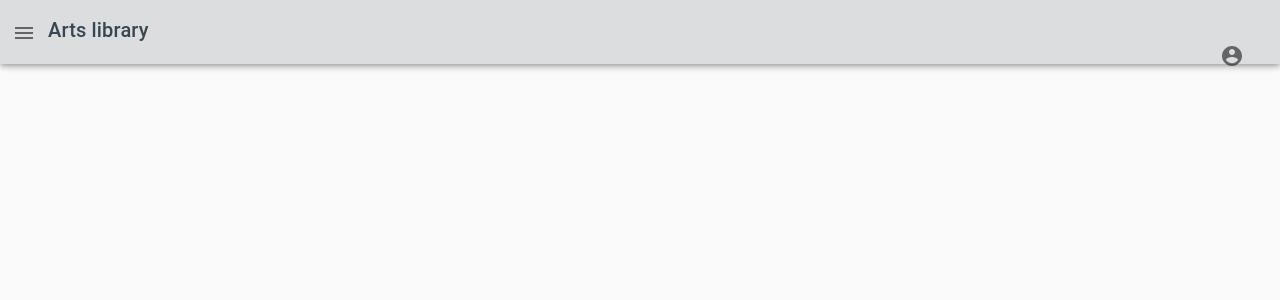
Repository: milosKomiRajkovic94/library-of-known-art
Page: /
The author's editor kept a copy of each file at every save. The page is drawn from the files as they stood at one save, then again after the next save.
The browser window is 1280 px wide. The pictures show the whole page.
The project was rebuilt for these pictures with package versions that can differ from the ones it lists, and the page was loaded fresh each time.

Above is the page before, as saved 2020-03-05 11:24:52.

### src/index.js
import React from 'react';
import ReactDOM from 'react-dom';
import './scss/index.scss';
import App from './App';
import * as serviceWorker from './serviceWorker';
import { Provider } from 'react-redux';
import configureStore from './store';

const store = configureStore();

ReactDOM.render(
    <Provider
        store={store}
    >
        <App />
    </Provider>,
document.getElementById('root'));

// If you want your app to work offline and load faster, you can change
// unregister() to register() below. Note this comes with some pitfalls.
// Learn more about service workers: https://bit.ly/CRA-PWA
serviceWorker.unregister();

### src/scss/index.scss
@font-face{
    font-family: SourceSansPro-Regular;
    src: url('./SourceSansPro-Regular.otf') format('opentype')
}

html{
    height: 100%;
}

body{
    font-family: SourceSansPro-Regular;
    margin: 0px;
    height: 100%;
}

#root{
    height: 100%;
    width: 100%;
}

@import 'header';

### src/App.js
import React from 'react';

import  {
  createMuiTheme,
  ThemeProvider
} from '@material-ui/core/styles';

import Toolbar from '@material-ui/core/Toolbar';

import CssBaseline from '@material-ui/core/CssBaseline';

import HeaderContainer from './components/HeaderComponents/HeaderContainer';

class App extends React.Component{

  render(){

    const theme = createMuiTheme({
      typeography: {
        fontFamily: 'SourceSansPro-Regular'
      }
    })

    return(
      <ThemeProvider
        theme={theme}
      >
        <CssBaseline />
        <HeaderContainer />
        <Toolbar />
      </ThemeProvider>
    )
  }

}


export default App;

### src/store.js
import {createStore, applyMiddleware} from 'redux';

import thunk from 'redux-thunk';

import rootReducer from './reducers';

import logger from 'redux-logger';

export default function configureStore(){
    return createStore(
        rootReducer,
        process.env.NODE_ENV === 'production' && window.devToolsExtension ?
        applyMiddleware(thunk)
        :
        applyMiddleware(thunk, logger),
        //window.__REDUX_DEVTOOLS_EXTENSION__ && window.__REDUX_DEVTOOLS_EXTENSION__())
    )
}

### src/scss/_header.scss
.MuiToolbar-root.MuiToolbar-regular.toolbar.MuiToolbar-gutters {
    padding: 0px;
    display: inline-block;
}

header.MuiPaper-root.MuiAppBar-root.MuiAppBar-positionFixed.MuiAppBar-colorPrimary.appBar.mui-fixed.MuiPaper-elevation4 {
    background-color: #DCDDDF;
    color: #36474F;
    display: inline-block;
}

.toolbar h6.MuiTypography-root.MuiTypography-h6.MuiTypography-displayBlock {
    line-height: 3em;
}

.menuHeaderIcons{
    position: absolute;
    right: 0;
    text-align: center;
    display: inline-block;
    top: calc(50%);
    height: 100%;
}

### src/components/HeaderComponents/HeaderContainer.js
import React from 'react';

import AppBar from '@material-ui/core/AppBar';

import Toolbar from '@material-ui/core/Toolbar';

import Typography from '@material-ui/core/Typography';

import MenuIcon from '@material-ui/icons/Menu';

import AccountCircleIcon from '@material-ui/icons/AccountCircle';

import IconButton from '@material-ui/core/IconButton';

class HeaderContainer extends React.Component{

    render(){
        return(
            <AppBar
                position={'fixed'}
                className={'appBar'}
            >
                <IconButton

                >
                    <MenuIcon />
                </IconButton>
                <Toolbar
                    className={'toolbar'}
                >
                    <Typography
                        variant={'h6'}
                        display={'block'}
                    >
                        Arts library
                    </Typography>
                </Toolbar>
                <div
                    className={'menuHeaderIcons'}
                >
                    <IconButton>
                        <AccountCircleIcon />
                    </IconButton>
                    <IconButton>

                    </IconButton>
                </div>
            </AppBar>
        )
    }
}

export default HeaderContainer;

### src/reducers/index.js
import{
    combineReducers
} from 'redux';

export default combineReducers({

})

Loaded but not shown: public/index.html (common file); src/serviceWorker.js (common file)

After the next save:
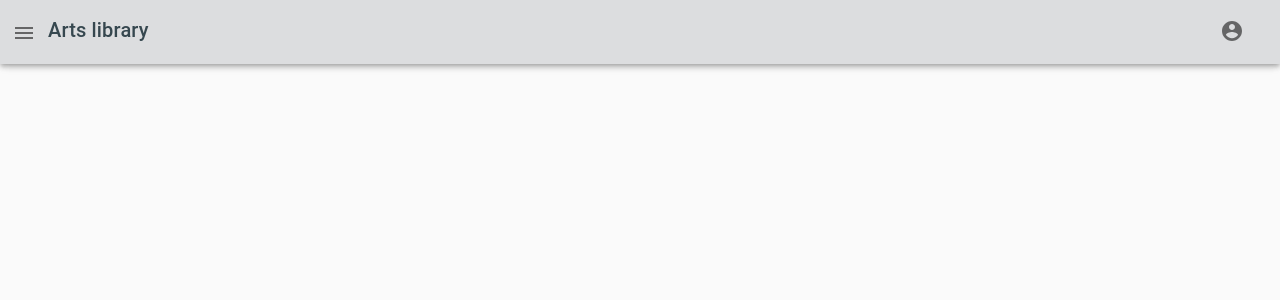
Saved 4 s later.
--- a/src/scss/_header.scss
+++ b/src/scss/_header.scss
@@ -18,6 +18,6 @@ header.MuiPaper-root.MuiAppBar-root.MuiAppBar-positionFixed.MuiAppBar-colorPrima
     right: 0;
     text-align: center;
     display: inline-block;
-    top: calc(50%);
+    top: calc(50% - 25px);
     height: 100%;
 }
